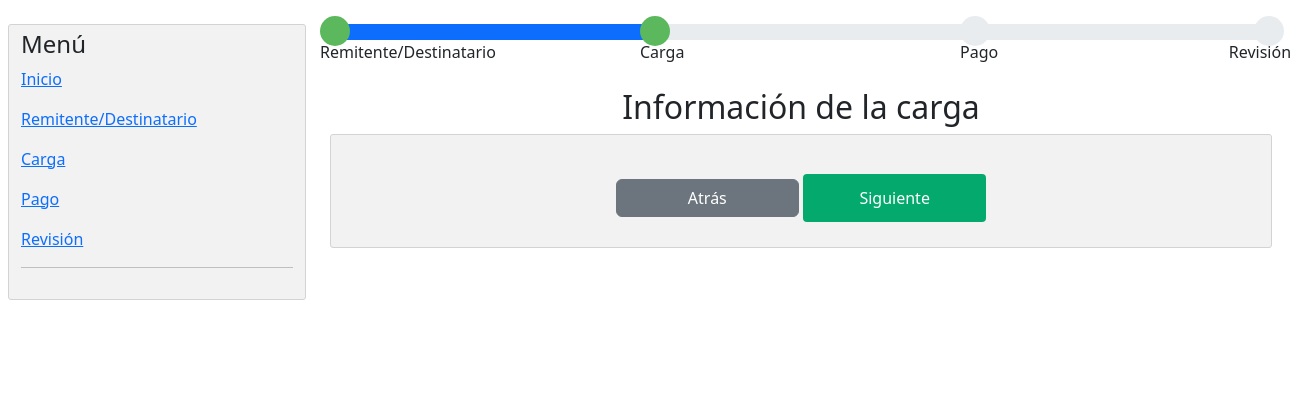
Repository: SennovaFluvial/Trasnfluvial
Page: appFluvial/templates/card1carga.html
The author's editor kept a copy of each file at every save. The page is drawn from the files as they stood at one save, then again after the next save.
The browser window is 1280 px wide. The page is 1291 px wide, so the pictures cover 1291 px, including what lies to the right of the window. The pictures show the whole page.
The template is drawn by Django 3.2. The application's start-up code is not run. The template is opened directly, without the code that normally fills it, so the values that code supplies are empty.

Above is the page before, as saved 2023-10-19 23:14:00.

After the next save:
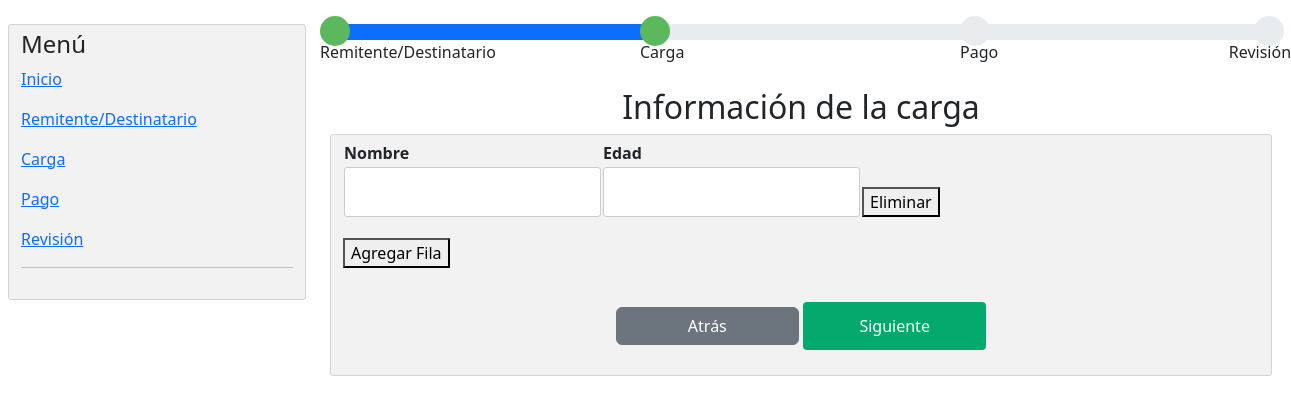
Saved 100 s later.
--- a/appFluvial/templates/card1carga.html
+++ b/appFluvial/templates/card1carga.html
@@ -157,6 +157,23 @@ span.price {
 }
 
 </style>
+<script>
+  function addRow() {
+      var table = document.getElementById("myTable");
+      var row = table.insertRow(-1);
+      var cell1 = row.insertCell(0);
+      var cell2 = row.insertCell(1);
+      var cell3 = row.insertCell(2);
+      cell1.innerHTML = "<input type='text' name='name'>";
+      cell2.innerHTML = "<input type='text' name='age'>";
+      cell3.innerHTML = "<button type='button' onclick='deleteRow(this)'>Eliminar</button>";
+  }
+
+  function deleteRow(btn) {
+      var row = btn.parentNode.parentNode;
+      row.parentNode.removeChild(row);
+  }
+</script>
 
 <link rel="stylesheet" href="https://cdn.jsdelivr.net/npm/bootstrap@5.2.3/dist/css/bootstrap.min.css" integrity="sha384-rbsA2VBKQhggwzxH7pPCaAqO46MgnOM80zW1RWuH61DGLwZJEdK2Kadq2F9CUG65" crossorigin="anonymous">
 <script src="https://cdn.jsdelivr.net/npm/bootstrap@5.2.3/dist/js/bootstrap.min.js" integrity="sha384-cuYeSxntonz0PPNlHhBs68uyIAVpIIOZZ5JqeqvYYIcEL727kskC66kF92t6Xl2V" crossorigin="anonymous"></script>
@@ -212,7 +229,19 @@ span.price {
         {% csrf_token %}
         <div class="row">
           <div class="col-50">
-
+            <table id="myTable">
+              <tr>
+                <th>Nombre</th>
+                <th>Edad</th>
+              </tr>
+              <tr>
+                <td><input type="text" name="name"></td>
+                <td><input type="text" name="age"></td>
+                <td><button type="button" onclick="deleteRow(this)">Eliminar</button></td>
+              </tr>
+            </table>
+
+            <button type="button" onclick="addRow()">Agregar Fila</button>
           </div>
         </div>
         <br>
